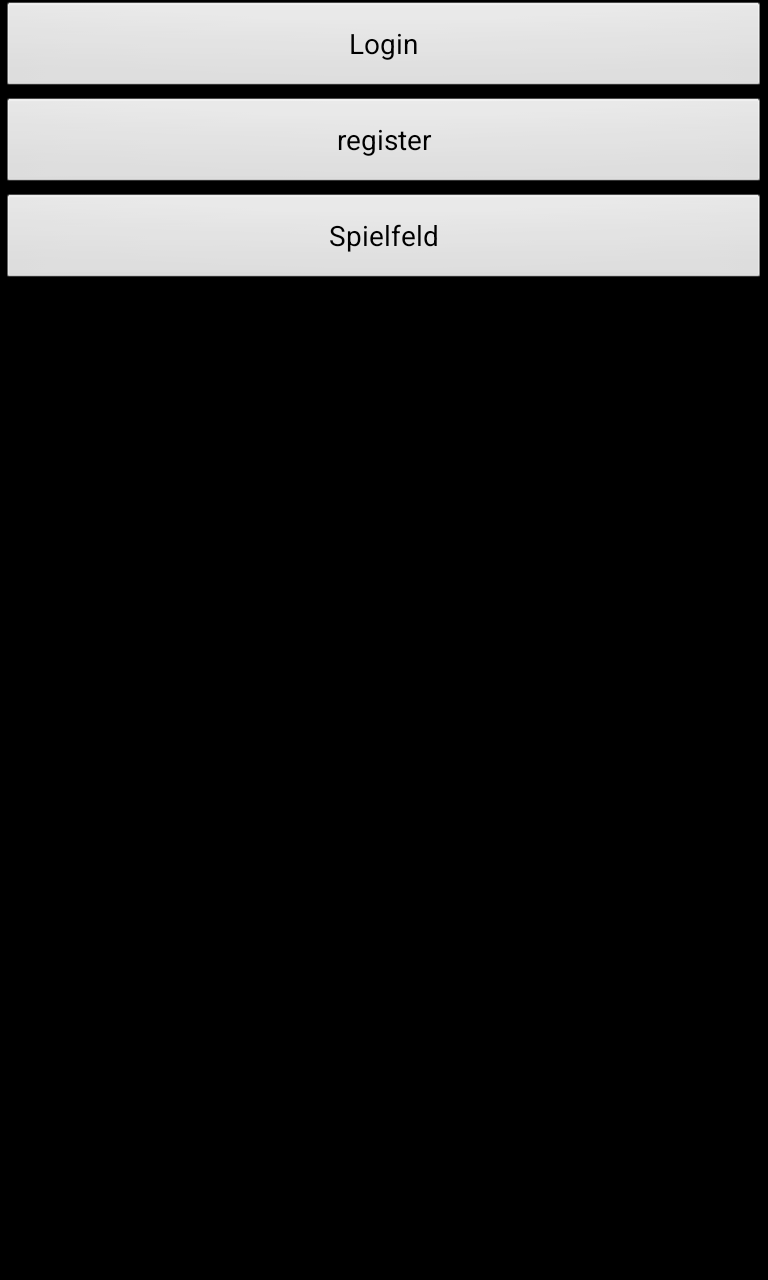
Repository: SENGMonster/SpagehttiCode
Layout: BattleshipApplication/res/layout/main.xml
These files come from the project's save history. The layout is drawn as it stood at one moment and after the next save; the edit follows.
It is drawn on a 768 x 1280 px phone screen (xhdpi) without system bars, with theme android:Theme; the app's code is not run.

Above is the layout before, as saved 2012-06-14 13:52:37.

After the next save:
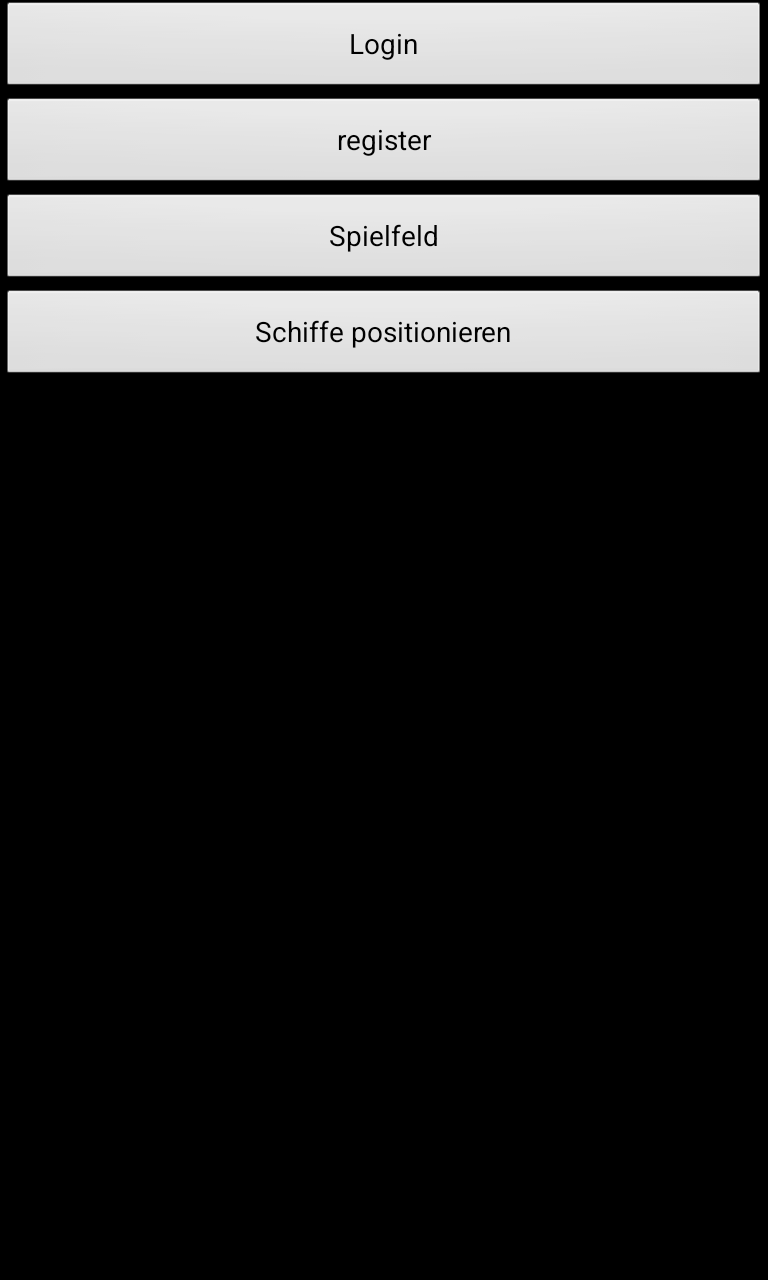
Saved 86 s later.
--- a/BattleshipApplication/res/layout/main.xml
+++ b/BattleshipApplication/res/layout/main.xml
@@ -15,14 +15,16 @@
         android:layout_width="match_parent"
         android:layout_height="wrap_content"
         android:text="register" />
-
-
-
-
     <Button
         android:id="@+id/btnspielfeld"
         android:layout_width="match_parent"
         android:layout_height="wrap_content"
         android:text="Spielfeld" />
 
+        <Button
+        android:id="@+id/btnpositionship"
+        android:layout_width="match_parent"
+        android:layout_height="wrap_content"
+        android:text="Schiffe positionieren" />
+
 </LinearLayout>
